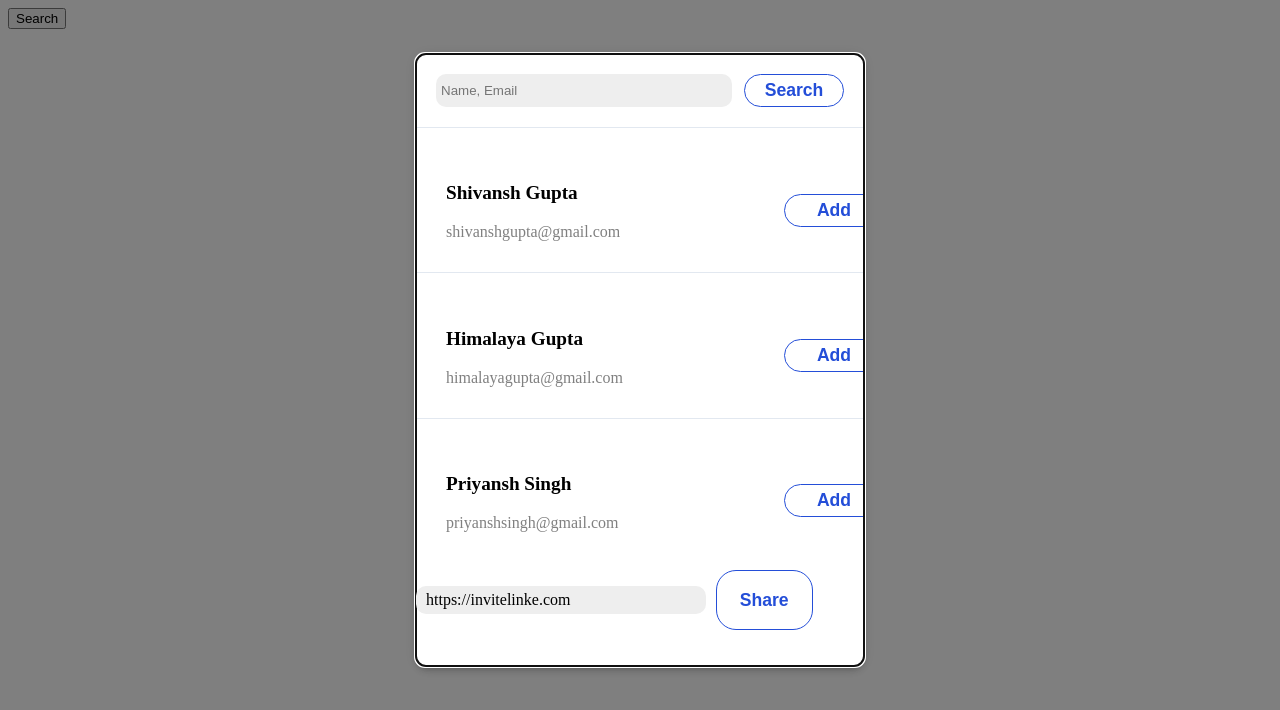
Repository: shiv0403/event-planner
Page: /, after clicking the first element matching `button`
These files come from the project's save history. The page is drawn as it stood at one moment and after the next save; the edit follows.
The browser window is 1280 px wide. The pictures show the whole page.
An inner scrolling area shows only its first screen. The project was rebuilt for these pictures with package versions that can differ from the ones it lists, and the page was loaded fresh each time.

Above is the page before, as saved 2021-07-27 12:43:58.

### src/App.js
import React from "react";
import Modal from "./Components/SearchModal/SearchModal";

function App() {
  return (
    <div className="App">
      <Modal />
    </div>
  );
}

export default App;

### src/Components/SearchModal/SearchModal.js
import React, { useState } from "react";
import { makeStyles } from "@material-ui/core/styles";
import Modal from "@material-ui/core/Modal";
import Backdrop from "@material-ui/core/Backdrop";
import Fade from "@material-ui/core/Fade";
import SearchPerson from "./SearchPerson";

import "./SearchModal.css";

const useStyles = makeStyles((theme) => ({
  modal: {
    display: "flex",
    alignItems: "center",
    justifyContent: "center",
  },
  paper: {
    backgroundColor: theme.palette.background.paper,
    boxShadow: theme.shadows[5],
    // padding: theme.spacing(2, 4, 3),
    width: "35%",
    borderRadius: "10px",
    height: "85%",
  },
}));

export default function TransitionsModal() {
  const classes = useStyles();
  const [open, setOpen] = useState(false);
  const [data, setData] = useState([
    {
      name: "Shivansh Gupta",
      email: "shivanshgupta@gmail.com",
    },
    {
      name: "Himalaya Gupta",
      email: "himalayagupta@gmail.com",
    },
    {
      name: "Priyansh Singh",
      email: "priyanshsingh@gmail.com",
    },
    {
      name: "asdlkfj lskdjf",
      email: "sadlkfj@lskdf.com",
    },

    {
      name: "asdlkfj lskdjf",
      email: "sadlkfj@lskdf.com",
    },
    {
      name: "asdlkfj lskdjf",
      email: "sadlkfj@lskdf.com",
    },
    {
      name: "asdlkfj lskdjf",
      email: "sadlkfj@lskdf.com",
    },
    {
      name: "asdlkfj lskdjf",
      email: "sadlkfj@lskdf.com",
    },
    {
      name: "asdlkfj lskdjf",
      email: "sadlkfj@lskdf.com",
    },
  ]);

  const handleOpen = () => {
    setOpen(true);
  };

  const handleClose = () => {
    setOpen(false);
  };

  return (
    <div>
      <button type="button" onClick={handleOpen}>
        Search
      </button>
      <Modal
        aria-labelledby="transition-modal-title"
        aria-describedby="transition-modal-description"
        className={classes.modal}
        open={open}
        onClose={handleClose}
        closeAfterTransition
        BackdropComponent={Backdrop}
        BackdropProps={{
          timeout: 500,
        }}
      >
        <Fade in={open}>
          <div className={classes.paper}>
            <div className="search__header">
              <input type="text" placeholder="Name, Email" />
              <button type="submit"> Search</button>
            </div>
            <div className="search__body">
              {data.map((person) => (
                <SearchPerson name={person.name} email={person.email} />
              ))}
            </div>
            <div className="search__footer">
              <p>https://invitelinke.com</p>
              <button type="submit">Share</button>
            </div>
          </div>
        </Fade>
      </Modal>
    </div>
  );
}

### src/Components/SearchModal/SearchPerson.js
import React from "react";
import "./SearchPerson.css";

function SearchPerson({ name, email }) {
  return (
    <div className="search__person">
      <div className="sp__details">
        <h3>{name}</h3>
        <p>{email}</p>
      </div>

      <div className="sp__add">
        <button type="submit">Add</button>
      </div>
    </div>
  );
}

export default SearchPerson;

### src/Components/SearchModal/SearchModal.css
.search__header {
  display: flex;
  justify-content: space-between;
  /* margin-bottom: 40px; */
  /* margin-top: 20px; */
  padding: 20px;
  border-bottom: 1px solid #e2e8f0;
  /* background-color: red; */
}

.search__header > input {
  border-radius: 10px;
  width: 70%;
  padding: 5px;
  margin-right: 10px;
  background-color: #eee;
  outline: none;
  border: 0px;
}

.search__header > button {
  padding: 5px 3px;
  width: 100px;
  border: 1px #244ed8 solid;
  font-size: 1.1rem;
  border-radius: 20px;
  background-color: #fff;
  font-weight: 800;
  color: #244ed8;
}

.search__body {
  overflow-y: auto;
  height: 70%;
}

.search__body::-webkit-scrollbar {
  display: none;
}

.search__footer {
  display: flex;
  justify-content: space-between;
  margin-top: 40px;
  position: absolute;
  bottom: 90px;
  width: 31%;
}

.search__footer > p {
  background-color: #eee;
  padding: 5px 10px;
  width: 70%;
  border-radius: 10px;
  margin-right: 10px;
}

.search__footer > button {
  padding: 5px 3px;
  width: 100px;
  border: 1px #244ed8 solid;
  font-size: 1.1rem;
  border-radius: 20px;
  background-color: #fff;
  font-weight: 800;
  color: #244ed8;
}

.search__footer > button:hover {
  background-color: RGBA(36, 78, 216, 0.1);
  box-shadow: inset 0 0 0 1.5px #244ed8;
  transition: all 0.3s;
}

### src/Components/SearchModal/SearchPerson.css
.search__person {
  display: flex;
  justify-content: space-between;
  align-items: center;
  padding: 5px 20px;
  width: 100%;
  margin: 20px auto;
  border-bottom: 1px #e2e8f0 solid;
}

.sp__details {
  /* background-color: #eee; */
  border-radius: 10px;
  width: 95%;
  padding: 10px;
  margin-right: 10px;
}

.sp__details > h3 {
  font-size: 1.2rem;
  font-weight: 800;
}

.sp__details > p {
  font-size: 1rem;
  margin-top: 5px;
  color: gray;
}

.sp__add > button {
  padding: 5px 3px;
  width: 100px;
  border: 1px #244ed8 solid;
  font-size: 1.1rem;
  border-radius: 20px;
  background-color: #fff;
  font-weight: 800;
  color: #244ed8;
}

.sp__add > button:hover {
  background-color: RGBA(36, 78, 216, 0.1);
  box-shadow: inset 0 0 0 1.5px #244ed8;
  transition: all 0.3s;
}

/*
#f7fafc
#2563eb
#414a59
#244ed8 */

Loaded but not shown: public/index.html (common file); src/index.js (common file)

After the next save:
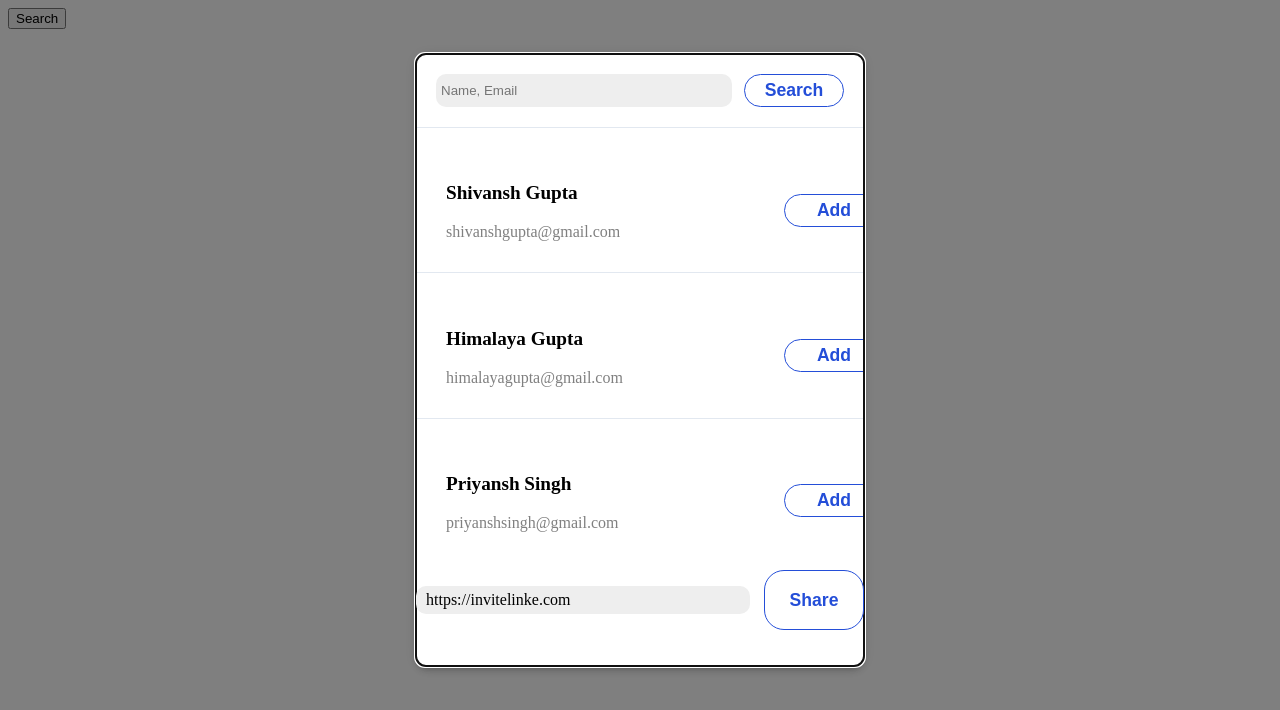
Saved 45 s later.
--- a/src/Components/SearchModal/SearchModal.css
+++ b/src/Components/SearchModal/SearchModal.css
@@ -44,7 +44,7 @@
   margin-top: 40px;
   position: absolute;
   bottom: 90px;
-  width: 31%;
+  width: 35%;
 }
 
 .search__footer > p {
